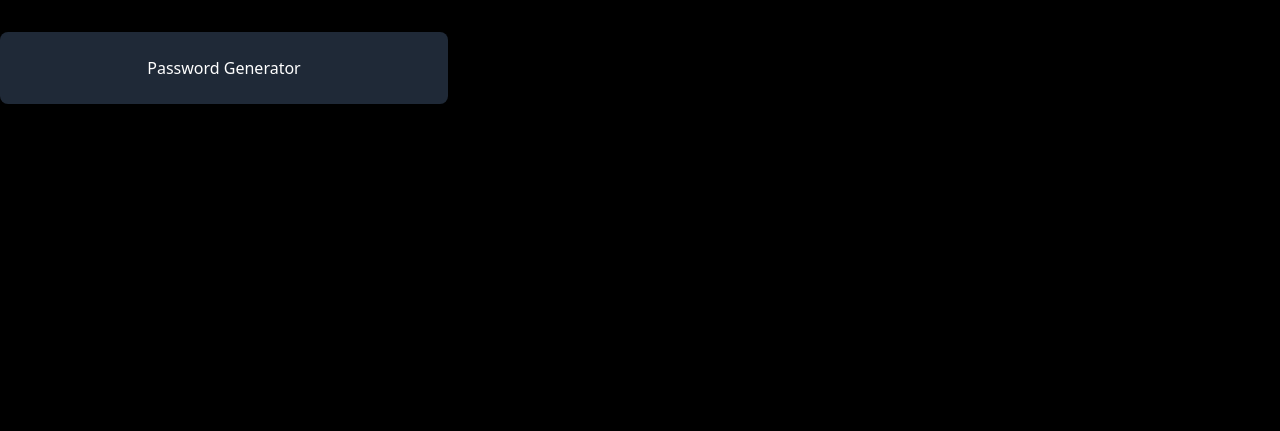
Repository: Abdul-Moeid-Rao/React-Projects
Page: / (app in 05passwordGenrator/)
An editor plug-in stored every save of this project. The page is shown before and after the next save, followed by the edit.
The browser window is 1280 px wide. The pictures show the whole page.
The project was rebuilt for these pictures with package versions that can differ from the ones it lists, and the page was loaded fresh each time. Also part of the build but not shown: 05passwordGenrator/vite.config.js.

Above is the page before, as saved 2024-07-14 21:17:41.

After the next save:
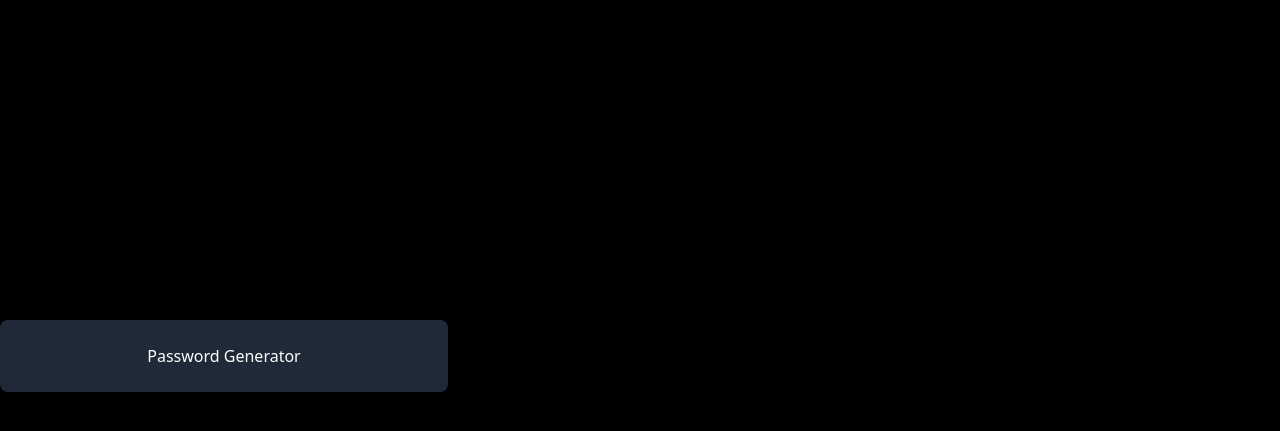
Saved 25 s later.
--- a/05passwordGenrator/src/App.jsx
+++ b/05passwordGenrator/src/App.jsx
@@ -26,7 +26,7 @@ function App() {
   }, [length, number, char, passGenerator])
 
   return (
-    <div className='w-full max-w-md max-auto shadow-md rounded-lg px-4 py-3 my-8 bg-gray-800 text-orange-500 justify-center'>
+    <div className='w-full max-w-md max-auto shadow-md rounded-lg px-4 py-3 my-80 bg-gray-800 text-orange-500 justify-center'>
       <h1 className='text-white text-center my-3'>Password Generator</h1>
     </div>
   )
